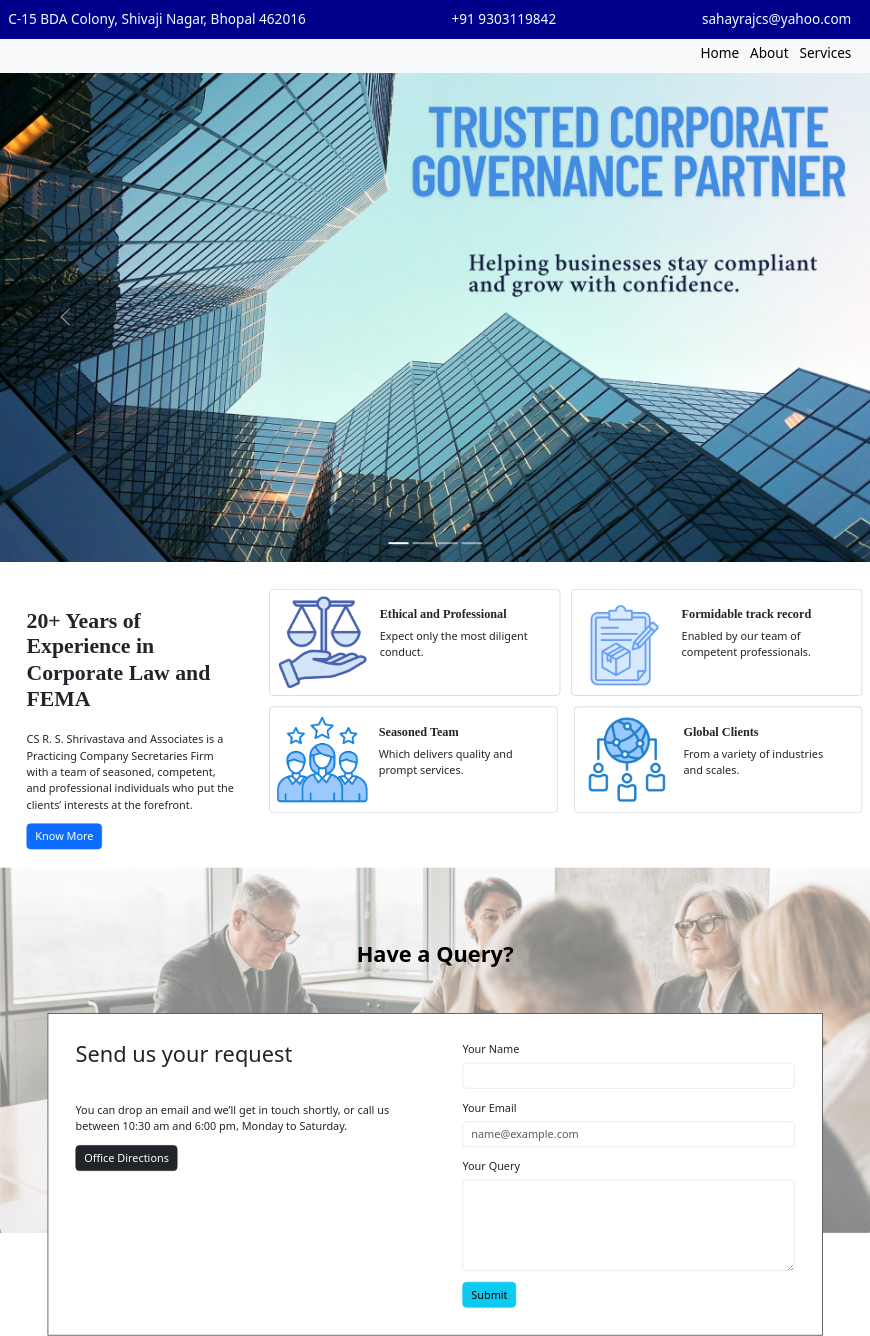
Repository: aayushiss/CS-RSS
Page: index.html
These files come from the project's save history. The page is drawn as it stood at one moment and after the next save; the edit follows.
The browser window is 1280 px wide. The pictures show the whole page, at 68% of full size.

Above is the page before, as saved 2025-05-15 19:28:17.

### index.html
<!DOCTYPE html>
<html lang="en">

<head>
  <meta charset="UTF-8">
  <meta name="viewport" content="width=device-width, initial-scale=1.0">
  <title>R. S. Shrivastava</title>
  <link href="https://cdn.jsdelivr.net/npm/bootstrap@5.3.3/dist/css/bootstrap.min.css" rel="stylesheet"
    integrity="sha384-QWTKZyjpPEjISv5WaRU9OFeRpok6YctnYmDr5pNlyT2bRjXh0JMhjY6hW+ALEwIH" crossorigin="anonymous">
  <link rel="stylesheet" type="text/css" href="style.css">
</head>

<body>
  <nav class="navbar fixed-top custom-navbar">
    <div class="container-fluid d-flex justify-content-between">
      <a class="navbar-brand"
        href="https://www.google.com/maps/place/R+S+SHRIVASTAVA+%26+ASSOCIATES/@23.2288499,77.4244091,17z/data=!3m1!4b1!4m6!3m5!1s0x397c425fada83073:0xcb1e8ba90a487f4e!8m2!3d23.228845!4d77.426984!16s%2Fg%2F1td0r8v9?entry=ttu&g_ep=EgoyMDI1MDUxMi4wIKXMDSoASAFQAw%3D%3D"
        target="_blank">C-15 BDA Colony, Shivaji Nagar, Bhopal 462016</a>
      <a class="navbar-brand" href="" tel:+919303119842"">+91 9303119842</a>
      <a class="navbar-brand" href="mailto:sahayrajcs@yahoo.com">sahayrajcs@yahoo.com</a>
    </div>
  </nav>
  <div class="navbar-space"></div>

  <nav class="navbar sticky-top second-navbar bg-light">
    <div class="container-fluid d-flex justify-content-end">
      <a class="navbar-brand" href="#">Home</a>
      <a class="navbar-brand" href="about.html">About</a>
      <a class="navbar-brand" href="#">Services</a>
    </div>
  </nav>

  <!-- <div class="card text-bg-dark custom-card">
        <img src="images/haveAQuery.avif" class="card-img" alt="...">
        <div class="card-img-overlay">
          <h5 class="card-title">Have a Query?</h5>
          <p class="card-text">This is a wider card with supporting text below as a natural lead-in to additional content. This content is a little bit longer.</p>
          <p class="card-text"><small>Last updated 3 mins ago</small></p>
        </div>
      </div> -->

  <div id="carouselExampleCaptions" class="carousel slide">
    <div class="carousel-indicators">
      <button type="button" data-bs-target="#carouselExampleCaptions" data-bs-slide-to="0" class="active"
        aria-current="true" aria-label="Slide 1"></button>
      <button type="button" data-bs-target="#carouselExampleCaptions" data-bs-slide-to="1"
        aria-label="Slide 2"></button>
      <button type="button" data-bs-target="#carouselExampleCaptions" data-bs-slide-to="2"
        aria-label="Slide 3"></button>
      <button type="button" data-bs-target="#carouselExampleCaptions" data-bs-slide-to="3"
        aria-label="Slide 4"></button>
    </div>
    <div class="carousel-inner">
      <div class="carousel-item active">
        <img src="images/Trusted corporate governance partner.png" class="d-block w-100" alt="...">
        <div class="carousel-caption d-none d-md-block">
          <!-- <h5>First slide label</h5>
              <p>Some representative placeholder content for the first slide.</p> -->
        </div>
      </div>
      <div class="carousel-item">
        <img src="images/LegalConsultancy.png" class="d-block w-100" alt="...">
      </div>
      <div class="carousel-item">
        <img src="images/companyIncorporation.png" class="d-block w-100" alt="...">
      </div>
      <div class="carousel-item">
        <img src="images/annualFilingReturn.png" class="d-block w-100" alt="...">
      </div>
    </div>
    <button class="carousel-control-prev" type="button" data-bs-target="#carouselExampleCaptions" data-bs-slide="prev">
      <span class="carousel-control-prev-icon" aria-hidden="true"></span>
      <span class="visually-hidden">Previous</span>
    </button>
    <button class="carousel-control-next" type="button" data-bs-target="#carouselExampleCaptions" data-bs-slide="next">
      <span class="carousel-control-next-icon" aria-hidden="true"></span>
      <span class="visually-hidden">Next</span>
    </button>
  </div>
  <div class="container-fluid" style="margin-top: 40px;">

    <div class="row">
      <div class="col-auto" style="width: 30vw;">
        <div class="card" style="border-color: white;">
          <div class="card-body">
            <h5 class="card-title">20+ Years of
              Experience in Corporate Law and FEMA</h5>
            <p class="card-text" style="padding-top: 20px">CS R. S. Shrivastava and Associates is a Practicing Company
              Secretaries Firm with a team of seasoned, competent, and professional individuals who put the clients’
              interests at the forefront.</p>
            <a href="about.html" class="btn btn-primary">Know More</a>
          </div>
        </div>
      </div>
      <div class="col">
        <div class="row row-cols-2 g-3">
          <div class="col">
            <div class="card mb-3">
              <div class="row g-0">
                <div class="col-md-4">
                  <img src="images/8629542.png" class="img-fluid rounded-start" alt="...">
                </div>
                <div class="col-md-8">
                  <div class="card-body">
                    <h5 class="card-title">Ethical and Professional</h5>
                    <p class="card-text">Expect only the most diligent conduct.</p>
                  </div>
                </div>
              </div>
            </div>
          </div>
          <div class="col">
            <div class="card mb-3">
              <div class="row g-0">
                <div class="col-md-4">
                  <img src="images/16919209.png" class="img-fluid rounded-start" alt="...">
                </div>
                <div class="col-md-8">
                  <div class="card-body">
                    <h5 class="card-title">Formidable track record</h5>
                    <p class="card-text">Enabled by our team of competent professionals.</p>
                  </div>
                </div>
              </div>
            </div>
          </div>
        </div>
        <div class="row">
          <div class="col">
            <div class="card mb-3">
              <div class="row g-0">
                <div class="col-md-4">
                  <img src="images/images.png" class="img-fluid rounded-start" alt="...">
                </div>
                <div class="col-md-8">
                  <div class="card-body">
                    <h5 class="card-title">Seasoned Team
                    </h5>
                    <p class="card-text">Which delivers quality and prompt services.</p>
                  </div>
                </div>
              </div>
            </div>
          </div>
          <div class="col">
            <div class="card mb-3">
              <div class="row g-0">
                <div class="col-md-4">
                  <img src="images/11743537.png" class="img-fluid rounded-start" alt="...">
                </div>
                <div class="col-md-8">
                  <div class="card-body">
                    <h5 class="card-title">Global Clients
                    </h5>
                    <p class="card-text">From a variety of industries and scales.</p>
                  </div>
                </div>
              </div>
            </div>
          </div>
        </div>
      </div>
    </div>
  </div>

  <div class="position-relative">
    <img src="images/haveAQuery.jpg" class="img-fluid" alt="..." style="opacity: .5;">
    <h2 class="position-absolute start-50 translate-middle-x text-black fw-bold" style="top: 20%;">
      Have a Query?
    </h2>

    <div class="container-md position-absolute start-50 translate-middle-x" style="top: 40%;">
      <div class="row bg-white" style="border: .1rem solid;">
        <div class="col" style="padding: 40px;">
          <h2>Send us your request</h2>
          <p style="margin-top: 50px;">
            You can drop an email and we’ll get in touch shortly, or call us between 10:30 am and 6:00 pm, Monday to
            Saturday.
          </p>
          <div class="btn btn-dark">
            <a href="https://www.google.com/maps/place/R+S+SHRIVASTAVA+%26+ASSOCIATES/@23.2288499,77.4244091,17z/data=!3m1!4b1!4m6!3m5!1s0x397c425fada83073:0xcb1e8ba90a487f4e!8m2!3d23.228845!4d77.426984!16s%2Fg%2F1td0r8v9?entry=ttu&g_ep=EgoyMDI1MDUxMi4wIKXMDSoASAFQAw%3D%3D"
              style="color: white; text-decoration: none; padding-top: 20px;" target="_blank">Office Directions</a>
          </div>
        </div>
        <div class="col" style="padding: 40px;">
          <div class="mb-3">
            <label for="formControlInput1" class="form-label">Your Name</label>
            <input class="form-control" id="ƒormControlInput1">
          </div>
          <div class="mb-3">
            <label for="formControlTextarea1" class="form-label">Your Email</label>
            <input type="email" class="form-control" id="formControlInput1" placeholder="name@example.com">
          </div>
          <div class="mb-3">
            <label for="formControlTextarea2" class="form-label">Your Query</label>
            <textarea class="form-control" id="exampleFormControlTextarea1" rows="5"></textarea>
          </div>
          <div class="btn btn-info">Submit</div>

        </div>
      </div>
    </div>
  </div>
  </div>


  <script src="https://cdn.jsdelivr.net/npm/bootstrap@5.3.3/dist/js/bootstrap.bundle.min.js"
    integrity="sha384-YvpcrYf0tY3lHB60NNkmXc5s9fDVZLESaAA55NDzOxhy9GkcIdslK1eN7N6jIeHz"
    crossorigin="anonymous"></script>
</body>

</html>

### style.css
.custom-navbar {
    background-color: darkblue;
}

.custom-navbar .navbar-brand {
    color: azure;
}

.navbar-space {
    margin-top: 50px;
}

.second-navbar .navbar-brand{
    color: black;
}

.custom-card{
    height: 25vh;
}

.custom-card .card-img{
    height: 100%;
    object-fit: cover;
}

.container-fluid .card{
    padding: 10px;
}
.container-fluid .card-title{
font-family: 'Times New Roman', Times, serif;
font-weight: bold;
font-size: xx-large;
}

.container-fluid .col-md-8 .card-title{
font-family: 'Times New Roman', Times, serif;
font-size: large;
}

After the next save:
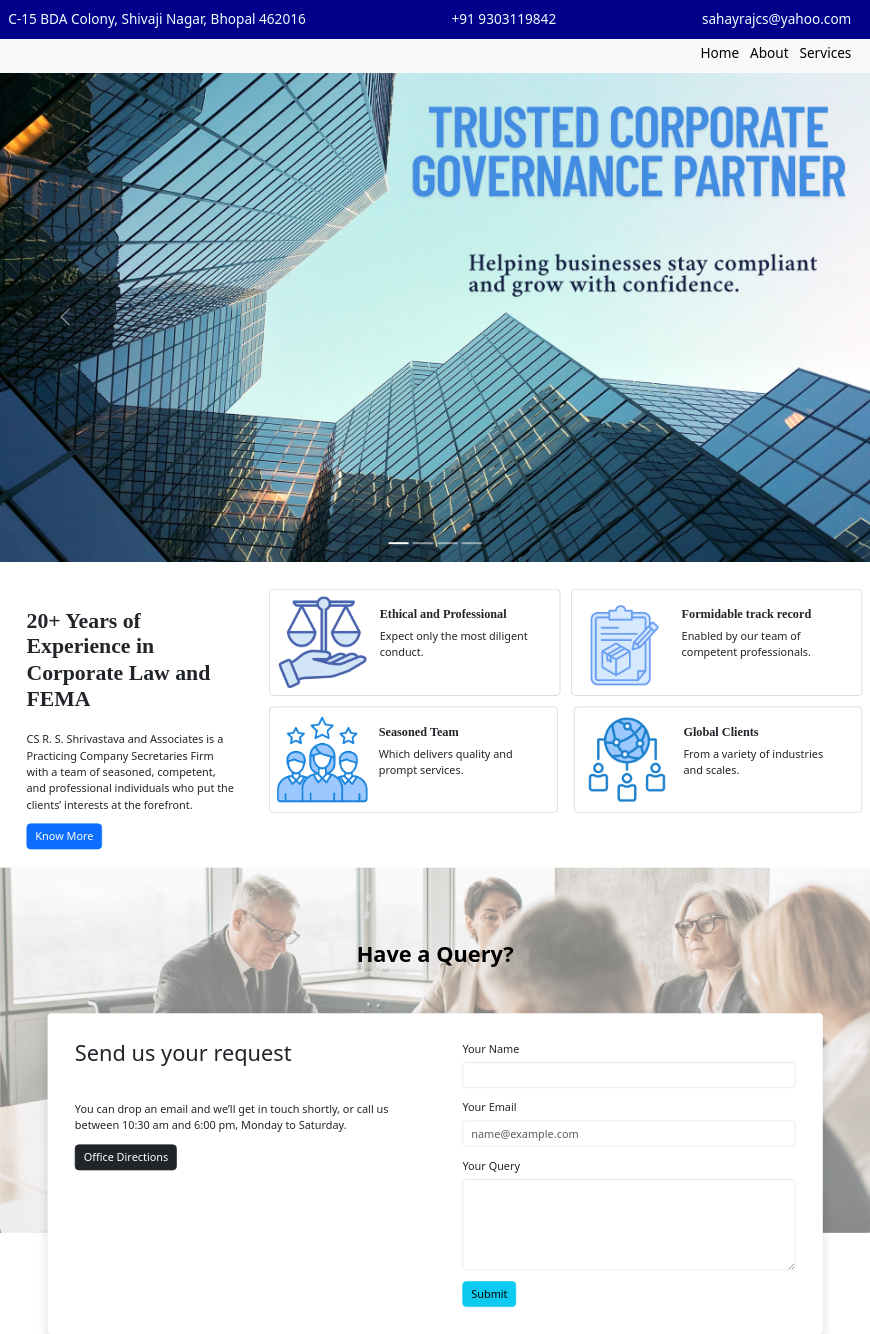
Saved 31 s later.
--- a/index.html
+++ b/index.html
@@ -170,7 +170,7 @@
     </h2>
 
     <div class="container-md position-absolute start-50 translate-middle-x" style="top: 40%;">
-      <div class="row bg-white" style="border: .1rem solid;">
+      <div class="row bg-white rounded shadow">
         <div class="col" style="padding: 40px;">
           <h2>Send us your request</h2>
           <p style="margin-top: 50px;">
